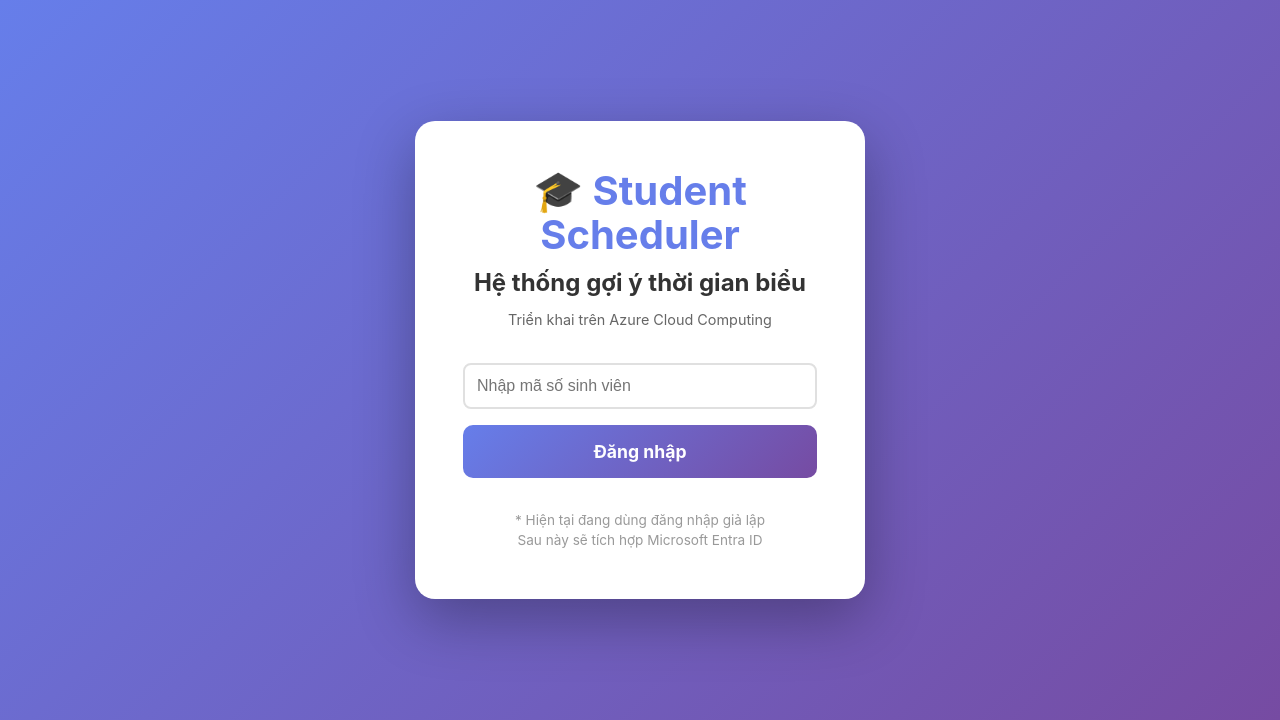
Repository: iamwind-dev/student-scheduler
Page: / (app in frontend/)
An editor plug-in stored every save of this project. The page is shown before and after the next save, followed by the edit.
The browser window is 1280 px wide. The pictures show the whole page.
The project was rebuilt for these pictures with package versions that can differ from the ones it lists, and the page was loaded fresh each time. Also part of the build but not shown: frontend/vite.config.js, frontend/src/pages/Courses.css, frontend/src/pages/Courses.jsx, frontend/src/pages/Preferences.jsx, frontend/src/pages/Recommend.jsx.

Above is the page before, as saved 2025-10-12 10:59:54.

### frontend/src/index.css
* {
  margin: 0;
  padding: 0;
  box-sizing: border-box;
}

:root {
  font-family: -apple-system, BlinkMacSystemFont, 'Segoe UI', 'Roboto', 'Oxygen',
    'Ubuntu', 'Cantarell', 'Fira Sans', 'Droid Sans', 'Helvetica Neue', sans-serif;
  line-height: 1.5;
  font-weight: 400;

  font-synthesis: none;
  text-rendering: optimizeLegibility;
  -webkit-font-smoothing: antialiased;
  -moz-osx-font-smoothing: grayscale;
}

a {
  font-weight: 500;
  color: #667eea;
  text-decoration: none;
}
a:hover {
  color: #764ba2;
}

body {
  margin: 0;
  padding: 0;
  min-width: 320px;
  min-height: 100vh;
  background: #f5f7fa;
  color: #333;
}

#root {
  width: 100%;
  min-height: 100vh;
}

h1 {
  font-size: 3.2em;
  line-height: 1.1;
}

button {
  border-radius: 8px;
  border: 1px solid transparent;
  padding: 0.6em 1.2em;
  font-size: 1em;
  font-weight: 500;
  font-family: inherit;
  background-color: #1a1a1a;
  cursor: pointer;
  transition: border-color 0.25s;
}
button:hover {
  border-color: #646cff;
}
button:focus,
button:focus-visible {
  outline: 4px auto -webkit-focus-ring-color;
}

@media (prefers-color-scheme: light) {
  :root {
    color: #213547;
    background-color: #ffffff;
  }
  a:hover {
    color: #747bff;
  }
  button {
    background-color: #f9f9f9;
  }
}

### frontend/src/App.jsx
import { useState } from 'react';
import Login from './pages/Login';
import Courses from './pages/Courses';
import Preferences from './pages/Preferences';
import Recommend from './pages/Recommend';
import './App.css';

function App() {
  const [currentPage, setCurrentPage] = useState('login');
  const [studentId, setStudentId] = useState('');

  const handleLogin = (id) => {
    setStudentId(id);
    setCurrentPage('courses');
  };

  const handleLogout = () => {
    setStudentId('');
    setCurrentPage('login');
  };

  const renderPage = () => {
    switch (currentPage) {
      case 'login':
        return <Login onLogin={handleLogin} />;
      case 'courses':
        return <Courses />;
      case 'preferences':
        return <Preferences studentId={studentId} />;
      case 'recommend':
        return <Recommend studentId={studentId} />;
      default:
        return <Login onLogin={handleLogin} />;
    }
  };

  return (
    <div className="app">
      {currentPage !== 'login' && (
        <nav className="navbar">
          <div className="navbar-brand">
            <h2>🎓 Student Scheduler</h2>
            <span className="student-id">SV: {studentId}</span>
          </div>
          <div className="navbar-menu">
            <button
              className={`nav-button ${currentPage === 'courses' ? 'active' : ''}`}
              onClick={() => setCurrentPage('courses')}
            >
              📚 Danh sách môn học
            </button>
            <button
              className={`nav-button ${currentPage === 'preferences' ? 'active' : ''}`}
              onClick={() => setCurrentPage('preferences')}
            >
              ⚙️ Ràng buộc
            </button>
            <button
              className={`nav-button ${currentPage === 'recommend' ? 'active' : ''}`}
              onClick={() => setCurrentPage('recommend')}
            >
              🎯 Gợi ý TKB
            </button>
            <button className="nav-button logout" onClick={handleLogout}>
              🚪 Đăng xuất
            </button>
          </div>
        </nav>
      )}
      <main className="main-content">
        {renderPage()}
      </main>
    </div>
  );
}

export default App;

### frontend/src/pages/Login.jsx
import { useState } from 'react';
import './Login.css';

function Login({ onLogin }) {
  const [studentId, setStudentId] = useState('');

  const handleLogin = () => {
    if (studentId.trim()) {
      // Giả lập đăng nhập, sau này sẽ tích hợp Microsoft Entra ID
      onLogin(studentId);
    } else {
      alert('Vui lòng nhập Mã số sinh viên');
    }
  };

  return (
    <div className="login-container">
      <div className="login-box">
        <h1>🎓 Student Scheduler</h1>
        <h2>Hệ thống gợi ý thời gian biểu</h2>
        <p className="subtitle">Triển khai trên Azure Cloud Computing</p>

        <div className="login-form">
          <input
            type="text"
            placeholder="Nhập mã số sinh viên"
            value={studentId}
            onChange={(e) => setStudentId(e.target.value)}
            onKeyPress={(e) => e.key === 'Enter' && handleLogin()}
            className="input-field"
          />

          <button onClick={handleLogin} className="login-button">
            Đăng nhập
          </button>

          <p className="note">
            * Hiện tại đang dùng đăng nhập giả lập<br />
            Sau này sẽ tích hợp Microsoft Entra ID
          </p>
        </div>
      </div>
    </div>
  );
}

export default Login;

### frontend/src/App.css
* {
  margin: 0;
  padding: 0;
  box-sizing: border-box;
}

body {
  font-family: -apple-system, BlinkMacSystemFont, 'Segoe UI', 'Roboto', 'Oxygen',
    'Ubuntu', 'Cantarell', 'Fira Sans', 'Droid Sans', 'Helvetica Neue',
    sans-serif;
  -webkit-font-smoothing: antialiased;
  -moz-osx-font-smoothing: grayscale;
  background: #f5f7fa;
}

.app {
  min-height: 100vh;
  display: flex;
  flex-direction: column;
}

.navbar {
  background: white;
  box-shadow: 0 2px 8px rgba(0, 0, 0, 0.1);
  padding: 1rem 2rem;
  display: flex;
  justify-content: space-between;
  align-items: center;
  flex-wrap: wrap;
  gap: 1rem;
}

.navbar-brand {
  display: flex;
  align-items: center;
  gap: 1rem;
}

.navbar-brand h2 {
  color: #667eea;
  font-size: 1.5rem;
  margin: 0;
}

.student-id {
  background: #e3f2fd;
  color: #1976d2;
  padding: 0.4rem 1rem;
  border-radius: 20px;
  font-size: 0.9rem;
  font-weight: 600;
}

.navbar-menu {
  display: flex;
  gap: 0.5rem;
  flex-wrap: wrap;
}

.nav-button {
  padding: 0.7rem 1.2rem;
  background: transparent;
  border: 2px solid transparent;
  border-radius: 8px;
  cursor: pointer;
  font-size: 0.95rem;
  font-weight: 600;
  color: #666;
  transition: all 0.3s;
}

.nav-button:hover {
  background: #f5f7fa;
  color: #667eea;
}

.nav-button.active {
  background: linear-gradient(135deg, #667eea 0%, #764ba2 100%);
  color: white;
  border-color: transparent;
}

.nav-button.logout {
  color: #f44336;
  border-color: #f44336;
}

.nav-button.logout:hover {
  background: #f44336;
  color: white;
}

.main-content {
  flex: 1;
  background: #f5f7fa;
  min-height: calc(100vh - 80px);
}

/* Responsive */
@media (max-width: 768px) {
  .navbar {
    flex-direction: column;
    align-items: stretch;
    padding: 1rem;
  }

  .navbar-brand {
    justify-content: center;
    flex-direction: column;
    text-align: center;
  }

  .navbar-menu {
    flex-direction: column;
  }

  .nav-button {
    width: 100%;
  }
}

### frontend/src/pages/Login.css
.login-container {
  display: flex;
  justify-content: center;
  align-items: center;
  min-height: 100vh;
  background: linear-gradient(135deg, #667eea 0%, #764ba2 100%);
}

.login-box {
  background: white;
  padding: 3rem;
  border-radius: 20px;
  box-shadow: 0 20px 60px rgba(0, 0, 0, 0.3);
  text-align: center;
  max-width: 450px;
  width: 90%;
}

.login-box h1 {
  color: #667eea;
  margin-bottom: 0.5rem;
  font-size: 2.5rem;
}

.login-box h2 {
  color: #333;
  margin-bottom: 0.5rem;
  font-size: 1.5rem;
}

.subtitle {
  color: #666;
  margin-bottom: 2rem;
  font-size: 0.9rem;
}

.login-form {
  display: flex;
  flex-direction: column;
  gap: 1rem;
}

.input-field {
  padding: 1rem;
  border: 2px solid #e0e0e0;
  border-radius: 10px;
  font-size: 1rem;
  transition: border-color 0.3s;
}

.input-field:focus {
  outline: none;
  border-color: #667eea;
}

.login-button {
  padding: 1rem;
  background: linear-gradient(135deg, #667eea 0%, #764ba2 100%);
  color: white;
  border: none;
  border-radius: 10px;
  font-size: 1.1rem;
  font-weight: bold;
  cursor: pointer;
  transition: transform 0.2s, box-shadow 0.2s;
}

.login-button:hover {
  transform: translateY(-2px);
  box-shadow: 0 10px 20px rgba(102, 126, 234, 0.4);
}

.login-button:active {
  transform: translateY(0);
}

.note {
  color: #999;
  font-size: 0.85rem;
  margin-top: 1rem;
  line-height: 1.5;
}

### frontend/src/pages/Preferences.css
.preferences-container {
  padding: 2rem;
  max-width: 800px;
  margin: 0 auto;
}

.preferences-container h1 {
  color: #333;
  margin-bottom: 0.5rem;
}

.subtitle {
  color: #666;
  margin-bottom: 2rem;
}

.message {
  padding: 1rem;
  border-radius: 8px;
  margin-bottom: 1.5rem;
  font-weight: 500;
}

.message.success {
  background: #e8f5e9;
  color: #2e7d32;
  border: 1px solid #4caf50;
}

.message.error {
  background: #ffebee;
  color: #c62828;
  border: 1px solid #f44336;
}

.preferences-form {
  background: white;
  padding: 2rem;
  border-radius: 12px;
  box-shadow: 0 4px 12px rgba(0, 0, 0, 0.1);
}

.form-group {
  margin-bottom: 1.5rem;
}

.form-group label {
  display: block;
  margin-bottom: 0.5rem;
  font-weight: 600;
  color: #333;
}

.form-group small {
  display: block;
  margin-top: 0.3rem;
  color: #999;
  font-size: 0.85rem;
}

.input-field,
.select-field {
  width: 100%;
  padding: 0.75rem;
  border: 2px solid #e0e0e0;
  border-radius: 8px;
  font-size: 1rem;
  transition: border-color 0.3s;
}

.input-field:focus,
.select-field:focus {
  outline: none;
  border-color: #667eea;
}

.radio-group,
.checkbox-group {
  display: flex;
  flex-direction: column;
  gap: 0.75rem;
}

.radio-label,
.checkbox-label {
  display: flex;
  align-items: center;
  gap: 0.5rem;
  cursor: pointer;
  padding: 0.5rem;
  border-radius: 6px;
  transition: background 0.2s;
}

.radio-label:hover,
.checkbox-label:hover {
  background: #f5f5f5;
}

.radio-label input[type="radio"],
.checkbox-label input[type="checkbox"] {
  width: 18px;
  height: 18px;
  cursor: pointer;
}

.free-time-input {
  display: flex;
  gap: 0.5rem;
  margin-bottom: 1rem;
}

.free-time-input .select-field {
  flex: 1;
}

.add-button {
  padding: 0.75rem 1.5rem;
  background: #4caf50;
  color: white;
  border: none;
  border-radius: 8px;
  cursor: pointer;
  font-weight: 600;
  transition: background 0.2s;
}

.add-button:hover {
  background: #45a049;
}

.free-time-list {
  display: flex;
  flex-wrap: wrap;
  gap: 0.5rem;
}

.free-time-item {
  display: flex;
  align-items: center;
  gap: 0.5rem;
  background: #e3f2fd;
  padding: 0.5rem 1rem;
  border-radius: 20px;
  font-size: 0.9rem;
}

.remove-button {
  background: #ff5252;
  color: white;
  border: none;
  border-radius: 50%;
  width: 22px;
  height: 22px;
  cursor: pointer;
  display: flex;
  align-items: center;
  justify-content: center;
  font-size: 0.9rem;
  transition: background 0.2s;
}

.remove-button:hover {
  background: #ff1744;
}

.submit-button {
  width: 100%;
  padding: 1rem;
  background: linear-gradient(135deg, #667eea 0%, #764ba2 100%);
  color: white;
  border: none;
  border-radius: 8px;
  font-size: 1.1rem;
  font-weight: bold;
  cursor: pointer;
  transition: transform 0.2s, box-shadow 0.2s;
}

.submit-button:hover:not(:disabled) {
  transform: translateY(-2px);
  box-shadow: 0 8px 16px rgba(102, 126, 234, 0.3);
}

.submit-button:disabled {
  opacity: 0.6;
  cursor: not-allowed;
}

### frontend/src/pages/Recommend.css
.recommend-container {
  padding: 2rem;
  max-width: 1400px;
  margin: 0 auto;
}

.recommend-container h1 {
  color: #333;
  margin-bottom: 0.5rem;
}

.subtitle {
  color: #666;
  margin-bottom: 2rem;
}

.recommend-actions {
  display: flex;
  justify-content: space-between;
  align-items: center;
  margin-bottom: 2rem;
  flex-wrap: wrap;
  gap: 1rem;
}

.recommend-button {
  padding: 1rem 2rem;
  background: linear-gradient(135deg, #667eea 0%, #764ba2 100%);
  color: white;
  border: none;
  border-radius: 10px;
  font-size: 1.1rem;
  font-weight: bold;
  cursor: pointer;
  transition: transform 0.2s, box-shadow 0.2s;
}

.recommend-button:hover:not(:disabled) {
  transform: translateY(-2px);
  box-shadow: 0 10px 20px rgba(102, 126, 234, 0.4);
}

.recommend-button:disabled {
  opacity: 0.7;
  cursor: not-allowed;
}

.view-toggle {
  display: flex;
  gap: 0.5rem;
  background: #f5f5f5;
  padding: 0.3rem;
  border-radius: 10px;
}

.toggle-btn {
  padding: 0.6rem 1.2rem;
  background: transparent;
  border: none;
  border-radius: 8px;
  cursor: pointer;
  font-weight: 600;
  transition: all 0.3s;
  color: #666;
}

.toggle-btn.active {
  background: white;
  color: #667eea;
  box-shadow: 0 2px 8px rgba(0, 0, 0, 0.1);
}

.error-message {
  background: #ffebee;
  color: #c62828;
  padding: 1rem;
  border-radius: 8px;
  margin-bottom: 1rem;
}

.empty-state {
  text-align: center;
  padding: 4rem 2rem;
  color: #999;
  font-size: 1.1rem;
}

/* List View Styles */
.schedules-list {
  display: flex;
  flex-direction: column;
  gap: 2rem;
}

.schedule-card {
  background: white;
  border-radius: 12px;
  padding: 1.5rem;
  box-shadow: 0 4px 12px rgba(0, 0, 0, 0.1);
}

.schedule-header {
  display: flex;
  justify-content: space-between;
  align-items: center;
  margin-bottom: 1.5rem;
  padding-bottom: 1rem;
  border-bottom: 2px solid #f0f0f0;
}

.schedule-header h3 {
  color: #667eea;
  margin: 0;
  font-size: 1.3rem;
}

.schedule-stats {
  display: flex;
  gap: 1rem;
}

.stat {
  background: #f0f0f0;
  padding: 0.4rem 1rem;
  border-radius: 20px;
  font-size: 0.9rem;
  font-weight: 600;
  color: #666;
}

.courses-list {
  display: flex;
  flex-direction: column;
  gap: 1rem;
}

.course-item {
  background: #f8f9fa;
  padding: 1rem;
  border-radius: 8px;
  border-left: 4px solid #667eea;
}

.course-main {
  display: flex;
  align-items: center;
  gap: 1rem;
  margin-bottom: 0.5rem;
}

.course-code {
  background: #667eea;
  color: white;
  padding: 0.3rem 0.8rem;
  border-radius: 15px;
  font-weight: bold;
  font-size: 0.85rem;
}

.course-name {
  font-weight: 600;
  color: #333;
  flex: 1;
}

.course-details {
  color: #666;
  font-size: 0.9rem;
}

.slot-info {
  display: block;
  line-height: 1.6;
}

/* Table View Styles */
.schedules-table-view {
  display: flex;
  flex-direction: column;
  gap: 3rem;
}

.schedule-table-container {
  background: white;
  border-radius: 12px;
  padding: 1.5rem;
  box-shadow: 0 4px 12px rgba(0, 0, 0, 0.1);
}

.schedule-table-wrapper {
  overflow-x: auto;
}

.schedule-table {
  width: 100%;
  border-collapse: collapse;
  margin-top: 1rem;
}

.schedule-table th {
  background: linear-gradient(135deg, #667eea 0%, #764ba2 100%);
  color: white;
  padding: 1rem;
  text-align: center;
  font-weight: 600;
  border: 1px solid #e0e0e0;
}

.schedule-table td {
  border: 1px solid #e0e0e0;
  padding: 0.5rem;
  text-align: center;
  vertical-align: middle;
  min-width: 120px;
  height: 80px;
}

.schedule-table .time-slot {
  background: #f8f9fa;
  font-weight: 600;
  color: #666;
  min-width: 140px;
}

.schedule-table .cell {
  background: white;
}

.cell-content {
  background: #e3f2fd;
  border-radius: 6px;
  padding: 0.5rem;
  border-left: 3px solid #667eea;
}

.cell-code {
  font-weight: bold;
  color: #667eea;
  margin-bottom: 0.3rem;
  font-size: 0.9rem;
}

.cell-room {
  font-size: 0.85rem;
  color: #666;
  margin-bottom: 0.2rem;
}

.cell-campus {
  font-size: 0.8rem;
  color: #999;
  font-style: italic;
}

.empty-cell {
  color: #ccc;
  font-size: 1.2rem;
}

/* Responsive */
@media (max-width: 768px) {
  .recommend-actions {
    flex-direction: column;
    align-items: stretch;
  }

  .view-toggle {
    width: 100%;
    justify-content: center;
  }

  .schedule-table {
    font-size: 0.85rem;
  }

  .schedule-table td {
    min-width: 90px;
    padding: 0.3rem;
  }
}

Loaded but not shown: frontend/index.html (common file); frontend/src/main.jsx (common file)

After the next save:
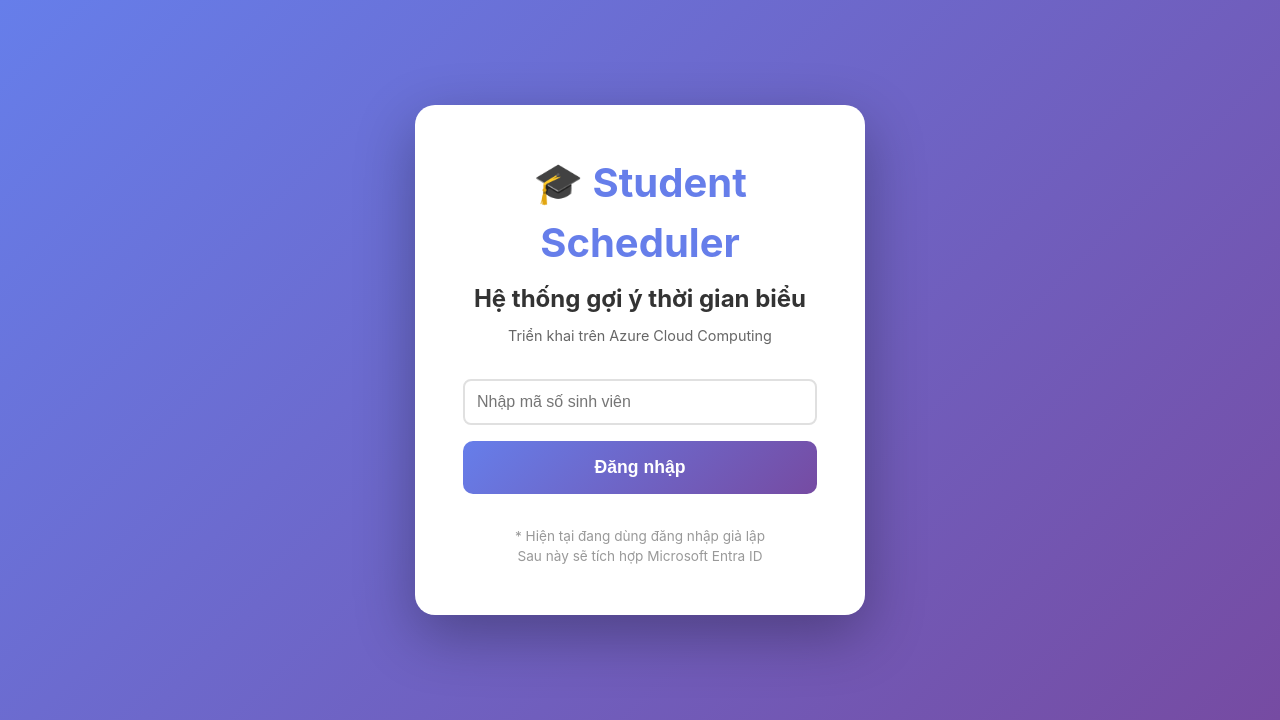
Saved 11 s later.
--- a/frontend/src/index.css
+++ b/frontend/src/index.css
@@ -38,40 +38,3 @@ body {
   width: 100%;
   min-height: 100vh;
 }
-
-h1 {
-  font-size: 3.2em;
-  line-height: 1.1;
-}
-
-button {
-  border-radius: 8px;
-  border: 1px solid transparent;
-  padding: 0.6em 1.2em;
-  font-size: 1em;
-  font-weight: 500;
-  font-family: inherit;
-  background-color: #1a1a1a;
-  cursor: pointer;
-  transition: border-color 0.25s;
-}
-button:hover {
-  border-color: #646cff;
-}
-button:focus,
-button:focus-visible {
-  outline: 4px auto -webkit-focus-ring-color;
-}
-
-@media (prefers-color-scheme: light) {
-  :root {
-    color: #213547;
-    background-color: #ffffff;
-  }
-  a:hover {
-    color: #747bff;
-  }
-  button {
-    background-color: #f9f9f9;
-  }
-}
